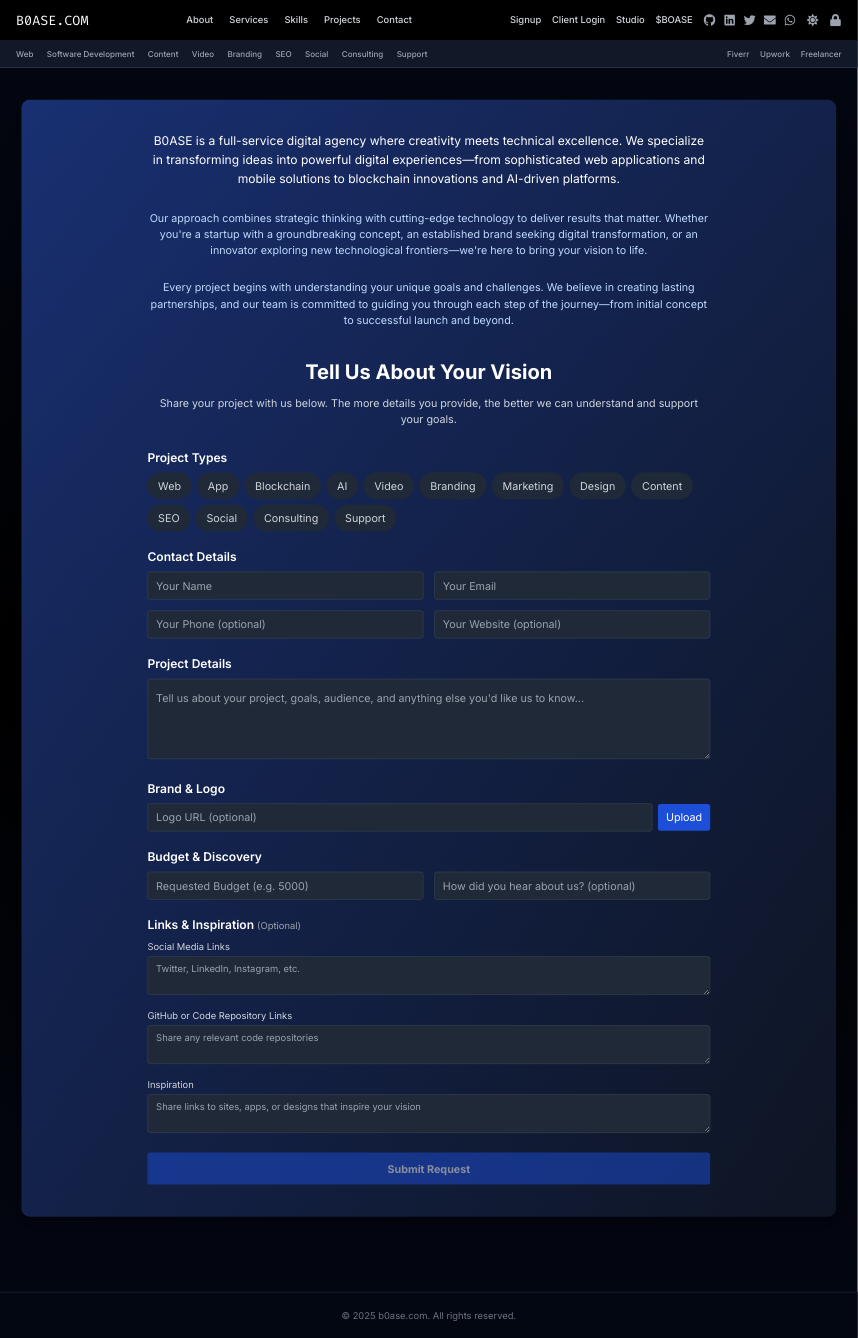
Repository: b0ase/rafskitchen
Page: /signup
An editor plug-in stored every save of this project. The page is shown before and after the next save, followed by the edit.
The browser window is 1280 px wide. The pictures show the whole page, at 67% of full size.
The page's requests for data from a server got no answer. The project was rebuilt for these pictures with package versions that can differ from the ones it lists, and the page was loaded fresh each time. The framework's server and built-in components were replaced by stand-ins that run in the browser. No one was signed in, and anything a server would have sent is missing. Also part of the build but not shown: next.config.js.

Above is the page before, as saved 2025-05-04 11:19:00.

After the next save:
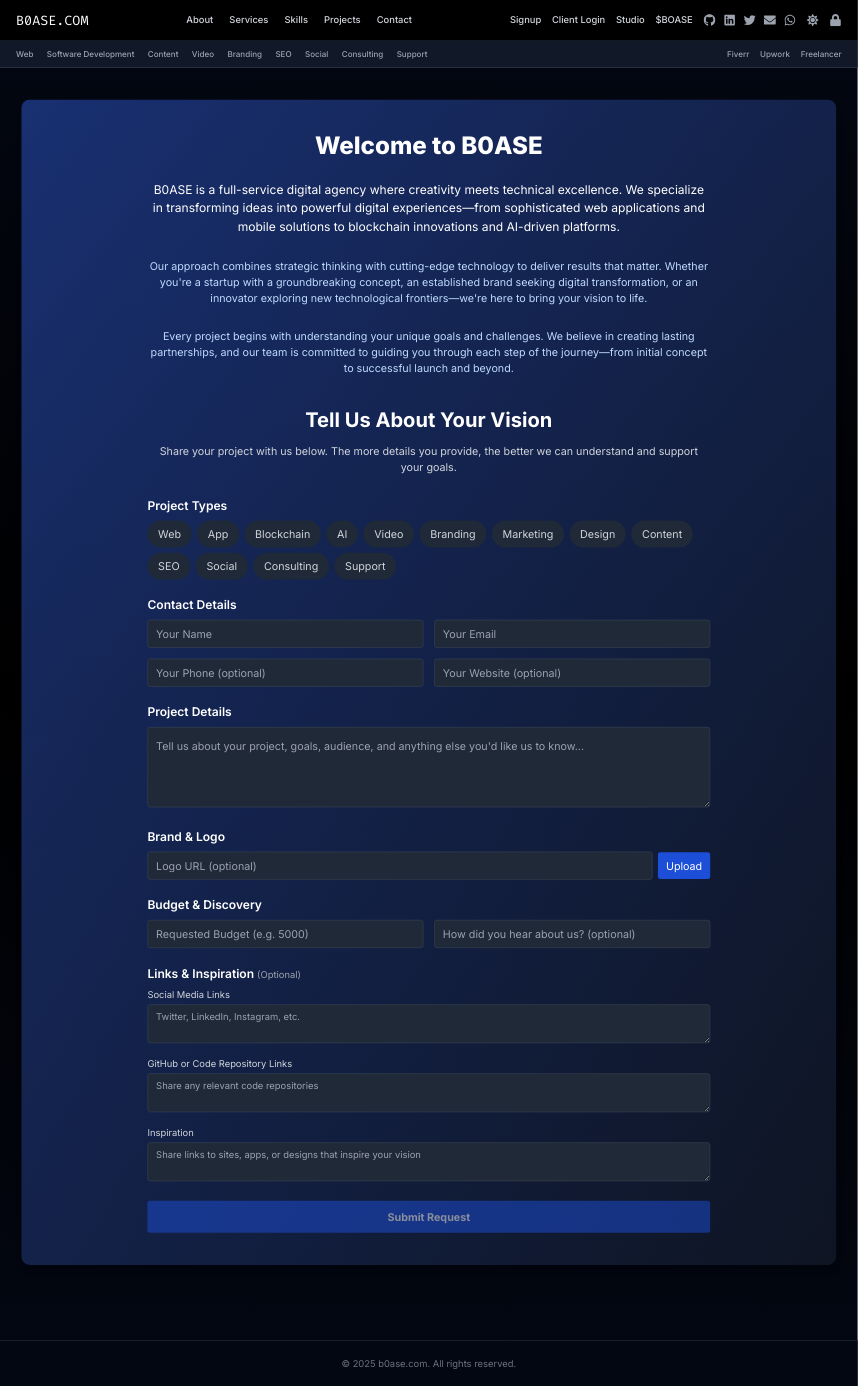
Saved 119 s later.
--- a/app/signup/page.tsx
+++ b/app/signup/page.tsx
@@ -5,6 +5,7 @@
     <div className="w-full max-w-none mx-auto my-12 px-2 md:px-8">
       <section className="w-full bg-gradient-to-br from-blue-900/80 to-gray-900/80 rounded-xl shadow-lg p-4 md:p-12 text-white">
         <div className="w-3/4 mx-auto text-center mb-12">
+          <h1 className="text-4xl font-extrabold mb-8">Welcome to B0ASE</h1>
           <p className="text-lg mb-8">B0ASE is a full-service digital agency where creativity meets technical excellence. We specialize in transforming ideas into powerful digital experiences—from sophisticated web applications and mobile solutions to blockchain innovations and AI-driven platforms.</p>
 
           <p className="text-md text-blue-200 mb-8">Our approach combines strategic thinking with cutting-edge technology to deliver results that matter. Whether you're a startup with a groundbreaking concept, an established brand seeking digital transformation, or an innovator exploring new technological frontiers—we're here to bring your vision to life.</p>
